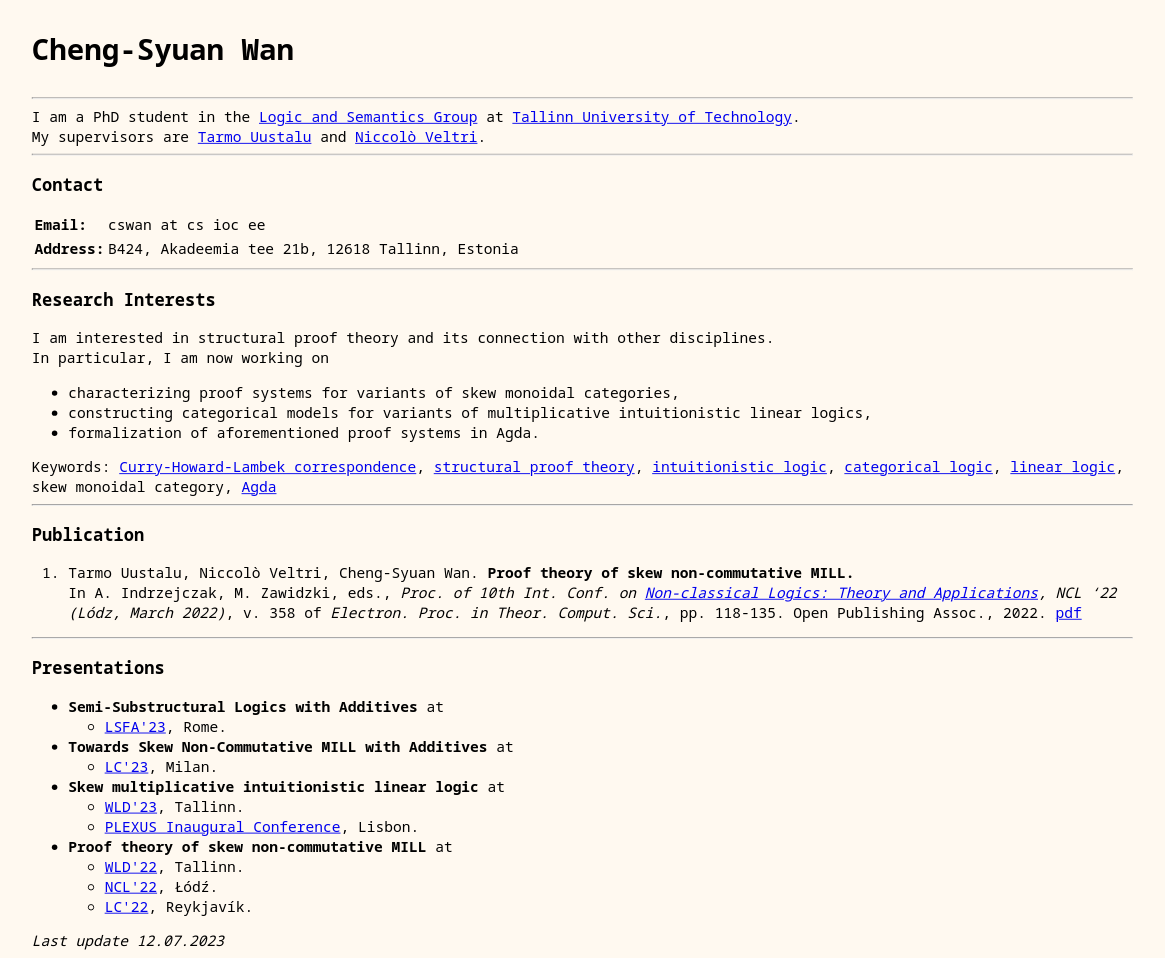
Repository: cswphilo/cswphilo.github.io
Page: index.html
The author's editor kept a copy of each file at every save. The page is drawn from the files as they stood at one save, then again after the next save.
The browser window is 1280 px wide. The pictures show the whole page, at 91% of full size.

Above is the page before, as saved 2023-09-01 21:29:23.

### index.html
<!DOCTYPE html>

<head>
    <link rel="preconnect" href="https://fonts.googleapis.com">
    <link rel="preconnect" href="https://fonts.gstatic.com" crossorigin>
    <link href="https://fonts.googleapis.com/css2?family=Noto+Sans+Mono&display=swap" rel="stylesheet">
    <style type ="text/css">
        body {
            background-color: #fff9f0;
            font-family: 'Noto Sans Mono', 'Gill Sans', 'Gill Sans MT', Calibri, 'Trebuchet MS', sans-serif;
            font-size: medium;
            margin-left: 35px;
            margin-right: 35px;
        }
        p {
            color:#000000;
        }
    </style>
    <title> Cheng-Syuan Wan </title>
</head>
<body>
    <div><h1><p>Cheng-Syuan Wan</p></h1>
        <!-- <img src="avatar.jpg" style="width:16%;height:16%; margin-left: 140px;"> -->
    </div>
    <hr/>
    <div>
        I am a PhD student in the <a href="https://cs.ioc.ee/lsg/">Logic and Semantics Group</a> at <a href="https://taltech.ee/en/">Tallinn University of Technology</a>.
        <br/>
        My supervisors are <a href="https://cs.ioc.ee/~tarmo/">Tarmo Uustalu</a> and <a href="https://niccoloveltri.github.io/">Niccolò Veltri</a>.
    </div>
    <hr/>
    <div>
        <h3>Contact</h3>
        <table>
            <tr>
                <td><b>Email: </b></td> <td> cswan at cs ioc ee </td>
            </tr>
            <tr>
                <td><b>Address: </b></td> <td>B424, Akadeemia tee 21b, 12618 Tallinn, Estonia</td>
            </tr>
        </table>
    </div>
    <hr/>
    <div>
        <h3>Research Interests</h3>
        I am interested in structural proof theory and its connection with other disciplines.
        <br/>
        In particular, I am now working on
        <ul>
            <li>characterizing proof systems for variants of skew monoidal categories, </li>
            <li>constructing categorical models for variants of multiplicative intuitionistic linear logics, </li>
            <li>formalization of aforementioned proof systems in Agda.</li>
        </ul>
Keywords: <a href="https://en.wikipedia.org/wiki/Curry%E2%80%93Howard_correspondence">Curry-Howard-Lambek correspondence</a>, <a href="https://plato.stanford.edu/entries/proof-theory/#NewLogiCalc">structural proof theory</a>, <a href="https://plato.stanford.edu/entries/logic-intuitionistic/">intuitionistic logic</a>, <a href="https://en.wikipedia.org/wiki/Categorical_logic">categorical logic</a>, <a href="https://plato.stanford.edu/entries/logic-linear/">linear logic</a>, skew monoidal category, <a href="https://agda.readthedocs.io/en/v2.6.2.2/getting-started/what-is-agda.html">Agda</a>
    </div>
    <hr/>
    <div>
        <h3>Publication</h3>
    <ol>
        <li>Tarmo Uustalu, Niccolò Veltri, Cheng-Syuan Wan. <strong>Proof theory of skew non-commutative MILL.</strong> <br />
            In A. Indrzejczak, M. Zawidzki, eds., <em>Proc. of 10th Int. Conf. on <a href="https://easychair.org/smart-program/NCL'22/">Non-classical Logics: Theory and Applications</a>, NCL ‘22 (Lódz, March 2022)</em>, v. 358 of <em>Electron. Proc. in Theor. Comput. Sci.</em>, pp. 118-135. Open Publishing Assoc., 2022. <a href="https://arxiv.org/abs/2204.06727v1">pdf</a></li>
    </ol>
    </div>
    <hr/>
    <div>
        <h3 id="presentations">Presentations</h3>
        <ul>
           <li><strong>Semi-Substructural Logics with Additives</strong> at
                <ul>
                    <li><a href="https://sites.google.com/ufg.br/lsfa2023/">LSFA'23</a>, Rome. </li>
                </ul>
           <li><strong>Towards Skew Non-Commutative MILL with Additives</strong> at
            <ul>
                <li><a href="https://lc2023.unimi.it/">LC'23</a>, Milan. </li>
            </ul>
           <li><strong>Skew multiplicative intuitionistic linear logic</strong> at
            <ul>
                <li><a href="https://cs.ioc.ee/lsg/wld23/">WLD'23</a>, Tallinn. </li>
                <li><a href="https://cful.letras.ulisboa.pt/lancog/events/plexus-inaugural-conference-24-27-may-2023/">PLEXUS Inaugural Conference</a>, Lisbon. </li>
            </ul>
           </li>
           <li><strong>Proof theory of skew non-commutative MILL</strong> at
            <ul>
                <li><a href="https://cs.ioc.ee/lsg/wld22/">WLD'22</a>, Tallinn. </li>
                <li><a href="https://easychair.org/smart-program/NCL'22/">NCL'22</a>, Łódź. </li>
                <li><a href="http://icetcs.ru.is/lc2022/">LC'22</a>, Reykjavík. </li>
            </ul>
        </li>
        </ul>
    </div>
    <address>
        Last update 12.07.2023
    </address>
</body>

After the next save:
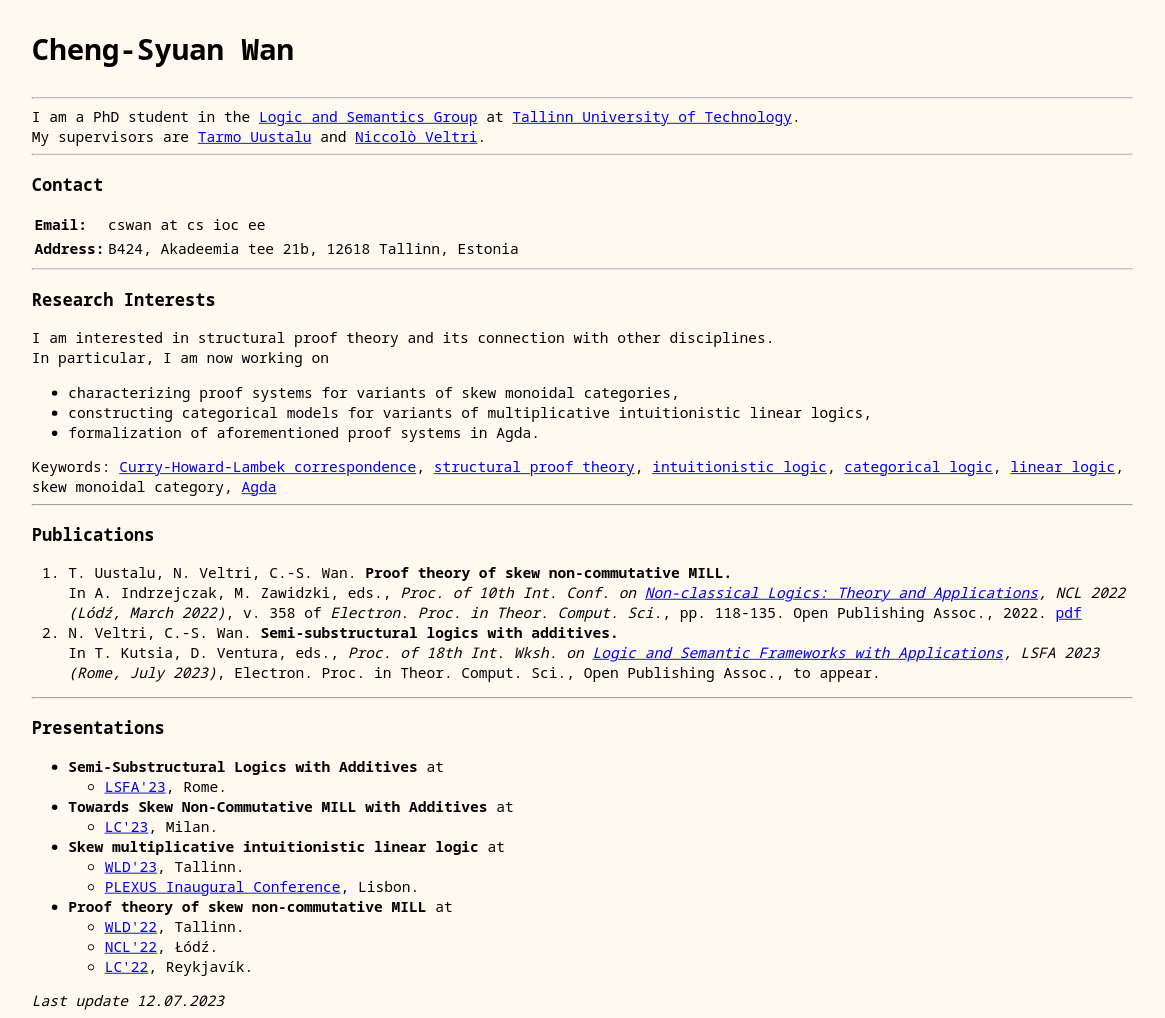
Saved 178 days later.
--- a/index.html
+++ b/index.html
@@ -55,10 +55,12 @@
     </div>
     <hr/>
     <div>
-        <h3>Publication</h3>
+        <h3>Publications</h3>
     <ol>
-        <li>Tarmo Uustalu, Niccolò Veltri, Cheng-Syuan Wan. <strong>Proof theory of skew non-commutative MILL.</strong> <br />
-            In A. Indrzejczak, M. Zawidzki, eds., <em>Proc. of 10th Int. Conf. on <a href="https://easychair.org/smart-program/NCL'22/">Non-classical Logics: Theory and Applications</a>, NCL ‘22 (Lódz, March 2022)</em>, v. 358 of <em>Electron. Proc. in Theor. Comput. Sci.</em>, pp. 118-135. Open Publishing Assoc., 2022. <a href="https://arxiv.org/abs/2204.06727v1">pdf</a></li>
+        <li>T. Uustalu, N. Veltri, C.-S. Wan. <strong>Proof theory of skew non-commutative MILL.</strong> <br />
+            In A. Indrzejczak, M. Zawidzki, eds., <em>Proc. of 10th Int. Conf. on <a href="https://easychair.org/smart-program/NCL'22/">Non-classical Logics: Theory and Applications</a>, NCL 2022 (Lódź, March 2022)</em>, v. 358 of <em>Electron. Proc. in Theor. Comput. Sci.</em>, pp. 118-135. Open Publishing Assoc., 2022. <a href="https://arxiv.org/abs/2204.06727v1">pdf</a></li>
+        <li>N. Veltri, C.-S. Wan. <strong>Semi-substructural logics with additives.</strong> <br />
+            In T. Kutsia, D. Ventura, eds., <em>Proc. of 18th Int. Wksh. on <a href="https://sites.google.com/ufg.br/lsfa2023">Logic and Semantic Frameworks with Applications</a>, LSFA 2023 (Rome, July 2023)</em>, Electron. Proc. in Theor. Comput. Sci., Open Publishing Assoc., to appear.</li>
     </ol>
     </div>
     <hr/>
